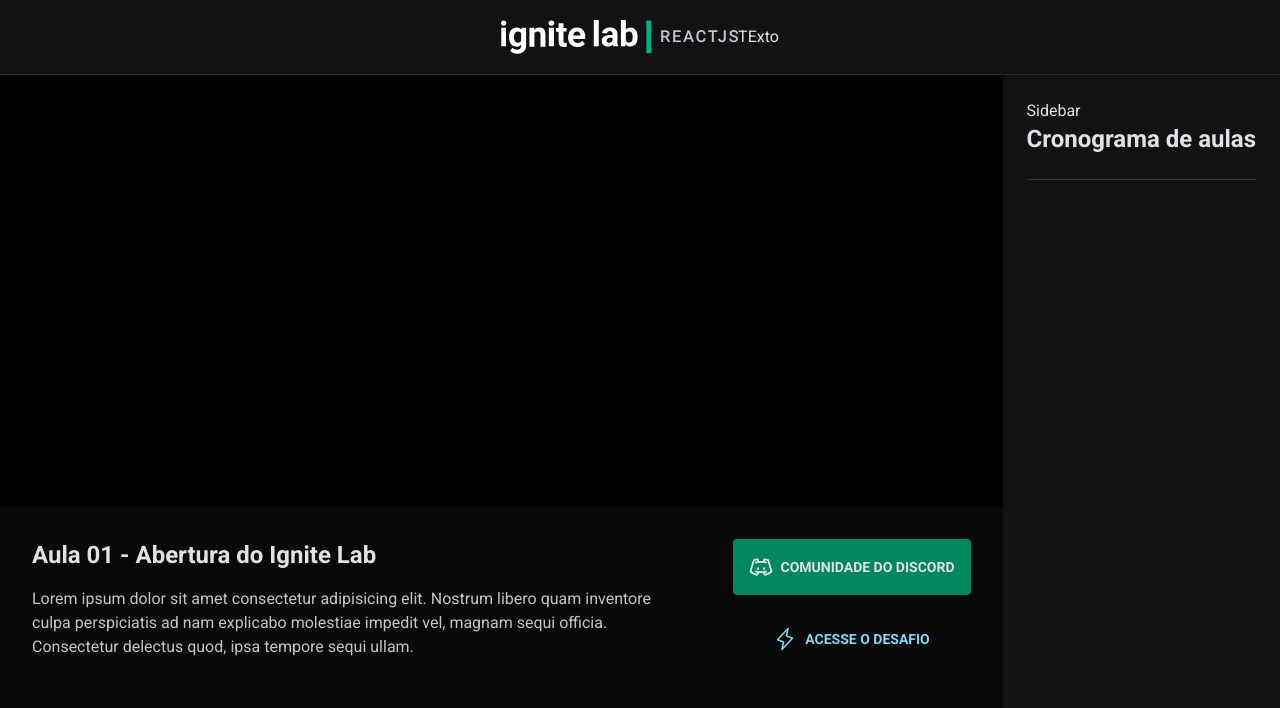
Repository: weltergab/Event_Plataform-IgniteLab
Page: /event
An editor plug-in stored every save of this project. The page is shown before and after the next save, followed by the edit.
The browser window is 1280 px wide. The pictures show the whole page.
The page's requests for data from a server got no answer. The project was rebuilt for these pictures with package versions that can differ from the ones it lists, and the page was loaded fresh each time. No one was signed in, and anything a server would have sent is missing. Also part of the build but not shown: vite.config.ts, src/components/Lesson.tsx.

Above is the page before, as saved 2022-06-25 20:17:23.

After the next save:
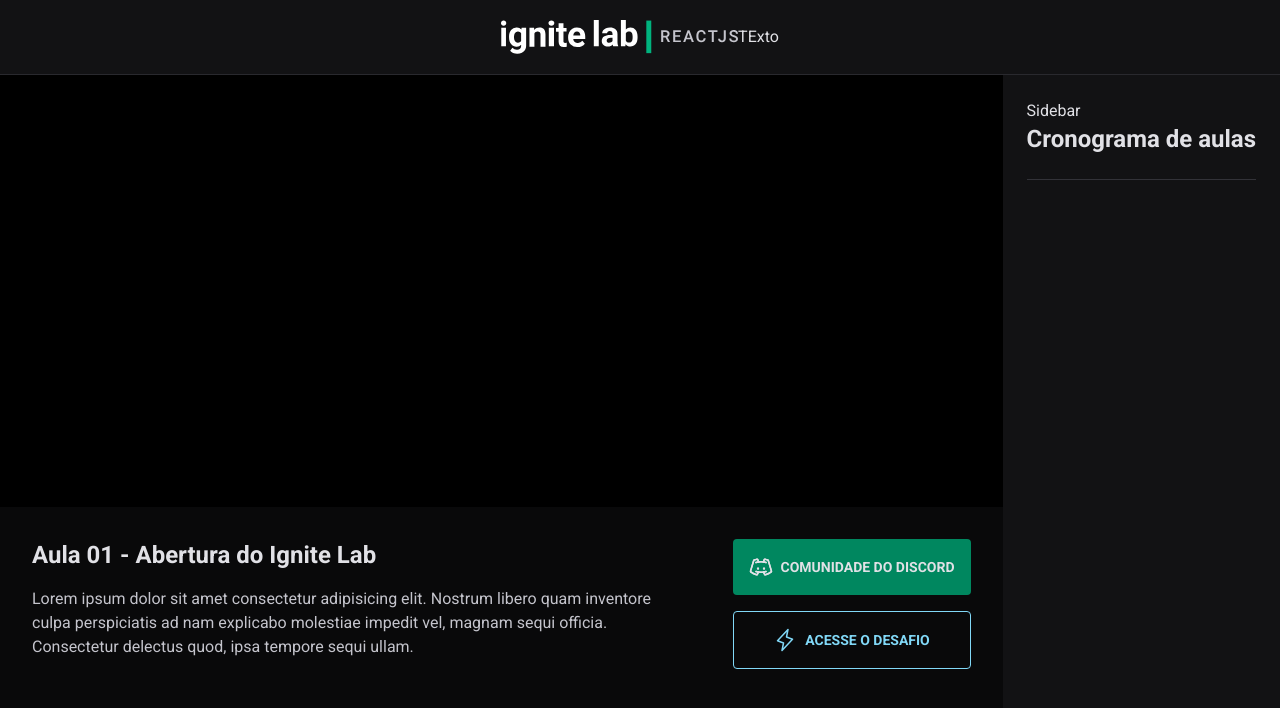
Saved 26 s later.
--- a/src/components/Video.tsx
+++ b/src/components/Video.tsx
@@ -21,7 +21,7 @@
                             <DiscordLogo size={24}/>
                             Comunidade do discord
                         </a>
-                        <a href="" className="p-4 text-sm border-blue-500 text-blue-500 flex items-center rounded font-bold uppercase gap-2 justify-center">
+                        <a href="" className="p-4 text-sm border border-blue-500 text-blue-500 flex items-center rounded font-bold uppercase gap-2 justify-center">
                             <Lightning size={24}/>
                             Acesse o desafio
                         </a>
